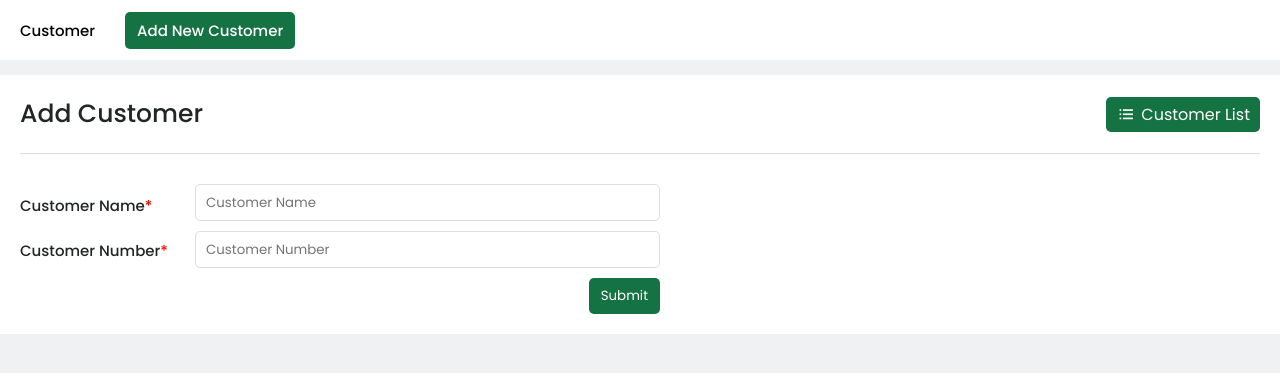
Repository: codebyaddro/customer-page
Page: pages/html/ancus.html
An editor plug-in stored every save of this project. The page is shown before and after a run of saves, followed by the edit.
The browser window is 1280 px wide. The pictures show the whole page.

Above is the page before, as saved 2025-02-20 15:23:48.

### pages/html/ancus.html
<!DOCTYPE html>
<html lang="en">
<head>
    <meta charset="UTF-8">
    <meta name="viewport" content="width=device-width, initial-scale=1.0">
    <!-- CSS -->
    <link rel="stylesheet" href="/pages/css/ancus.css">
    <!-- Icons -->
    <link href='https://unpkg.com/boxicons@2.1.4/css/boxicons.min.css' rel='stylesheet'>
    <title>Add New Customer - Page</title>
</head>
<body style="background-color: var(--gray-white);">
    <div class="cba-add-new-cus-container">
        <div class="cba-ancus-top-menus">
            <ul>
                <li><a href="/index.html" class="cba-ancus-light-up">Customer</a></li>
                <li><a href="/inner-pages/html/anc.html" class="cba-ancus-active-menu">Add New Customer</a></li>
            </ul>
        </div>
        <div class="cba-ancus-add-container">
            <div class="cba-ancus-heading-add-new-btn">
                <div class="cba-ancus-heading">
                    <h2>Add Customer</h2>
                </div>
                <div class="cba-ancus-cate-list-btn">
                    <i class='cba-ancus-add-icon bx bx-list-ul'></i>
                    <a href="/index.html">Customer List</a>
                </div>
            </div>
            <div class="cba-ancus-category-add-field">
                <div class="cba-ancus-form-con">
                    <div class="cba-ancus-label">
                        <label for="customer-name">Customer Name<span class="cba-ancus-required">*</span></label>
                        <label for="customer-number">Customer Number<span class="cba-ancus-required">*</span></label>
                    </div>
                    <div class="cba-ancus-input">
                        <input type="text" name="customer-name" id="customer-name" placeholder="Customer Name">
                        <input type="text" name="customer-number" id="customer-number" placeholder="Customer Number">
                        <div class="cba-ancus-submit-btn">
                            <input type="submit">
                        </div>
                    </div>
                </div>
            </div>
        </div>
    </div>
</body>
</html>

### pages/css/ancus.css
/* -- fonts -- */
@import url('https://fonts.googleapis.com/css2?family=Poppins:ital,wght@0,100;0,200;0,300;0,400;0,500;0,600;0,700;0,800;0,900;1,100;1,200;1,300;1,400;1,500;1,600;1,700;1,800;1,900&family=Raleway:ital,wght@0,100..900;1,100..900&family=Roboto:ital,wght@0,100;0,300;0,400;0,500;0,700;0,900;1,100;1,300;1,400;1,500;1,700;1,900&family=VT323&display=swap');

/* -- root -- */

:root {
    --gray-white: #F0F1F2;
    --white: #FFFFFF;
    --black: #000000;
    --gray-black: #DDDDDD;
    --light-black: #212523;
    --main-green: #157343;
    --main-light: #37A000;
    --light-orange: #FD7E14;
    --green: #008000;
    --light-green: #e9f6ec;
    --red: #FF0000;
    --light-red: #fbeaec;
}

/* --universal style -- */

* {
    margin: 0;
    padding: 0;
    box-sizing: border-box;
    font-family: "Poppins", serif;
}

/* -- website app text selection cursor style */

::selection {
    color: var(--white);
    background-color: var(--main-light);
}

/* -- add new container style -- */

.cba-add-new-cus-container {
    width: 100%;
}

/* -- top menus style--  */

.cba-ancus-top-menus {
    background-color: var(--white);
    display: flex;
    justify-content: left;
    align-items: center;
    height: 60px;
    padding: 0px 40px;
    margin-bottom: 15px;
}

.cba-ancus-top-menus ul {
    list-style-type: none;
    display: flex;
    gap: 30px;
    margin-left: -20px;
}

.cba-ancus-top-menus ul li a {
    text-decoration: none;
    color: var(--black);
    font-size: 15px;
    font-weight: 500;
}

/* -- active menu style -- */

.cba-ancus-active-menu {
    color: var(--white)!important;
    background-color: var(--main-green);
    padding: 8px 12px;
    border-radius: 5px;
}

/* -- menu hover style -- */

.cba-ancus-light-up:hover {
    color: var(--light-orange);
}

/* -- list container style -- */

.cba-ancus-add-container {
    background-color: var(--white);
    padding: 0px 20px;
}

/* -- heading-add-new-btn style -- */

.cba-ancus-heading-add-new-btn {
    display: flex;
    justify-content: space-between;
    align-items: center;
    border-bottom: 1px solid var(--gray-black);
    padding: 20px 0px;
}

.cba-ancus-heading h2 {
    color: var(--light-black);
    font-size: 25px;
    font-weight: 500;
}

/* -- add-new-btn style -- */

.cba-ancus-cate-list-btn {
    display: flex;
    gap: 5px;
    justify-content: baseline;
    align-items: center;
}

.cba-ancus-cate-list-btn {
    background-color: var(--main-green);
    padding: 5px 10px;
    border-radius: 5px;
}

.cba-ancus-cate-list-btn a {
    color: var(--white);
    text-decoration: none;
}

.cba-ancus-add-icon {
    color: var(--white);
    font-size: 20px;
}

/* -- customer add field style -- */

/* -- label red star style -- */
.cba-ancus-required {
    color: var(--red);
}

.cba-ancus-category-add-field {
    width: 50%;
    padding-top: 30px;
    padding-bottom: 20px;
}

.cba-ancus-form-con {
    display: grid;
    gap: 20px;
    grid-template-columns: 25% 75%;
}

.cba-ancus-form-con .cba-ancus-label {
    display: flex;
    justify-content: left;
    flex-direction: column;
}

.cba-ancus-form-con label {
    color: var(--light-black);
    font-size: 15px;
    font-weight: 500;
    margin-top: 10px;
    margin-bottom: 12px;
}

.cba-ancus-form-con input {
    display: flex;
    justify-content: left;
    flex-direction: column;
}

.cba-ancus-input > input {
    width: 100%;
    border: 1px solid var(--gray-black);
    border-radius: 5px;
    outline: none;
}

input[type="text"] {
    width: 100%;
    padding: 7.5px 10px;
    border: 1px solid var(--gray-black);
    border-radius: 5px;
    outline: none;
    margin-top: 0px;
    margin-bottom: 10px;
}

select {
    width: 100%;
    padding: 7.5px 10px;
    border: 1px solid var(--gray-black);
    border-radius: 5px;
    outline: none;
    appearance: none;
}

.cba-ancus-submit-btn {
    display: flex;
    justify-content: right;
    margin-top: 10px;
}

input[type="submit"] {
    background-color: var(--main-green);
    color: var(--white);
    border: none;
    border-radius: 5px;
    padding: 8px 12px;
    cursor: pointer;
}

After the next 6 saves:
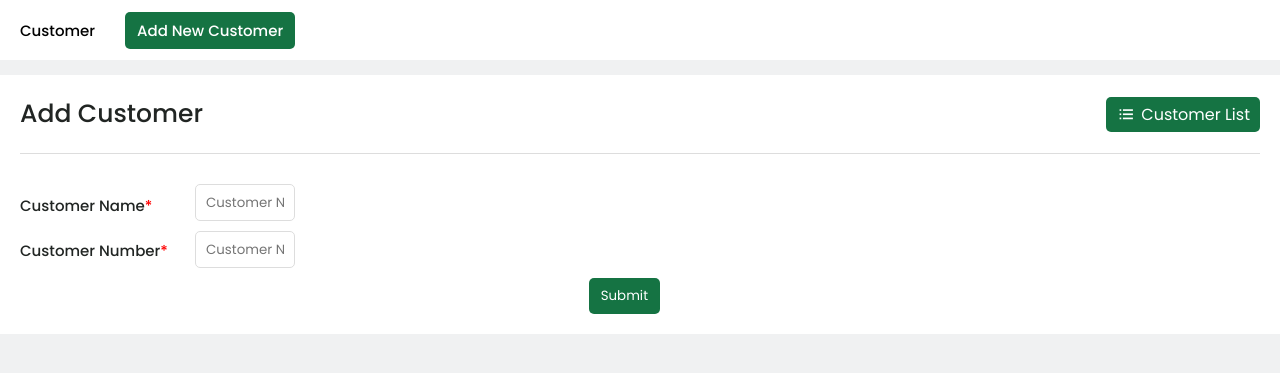
The 6 saves are shown as one change because they came seconds apart.
The last was saved 13 s later.
--- a/pages/css/ancus.css
+++ b/pages/css/ancus.css
@@ -169,7 +169,8 @@
 }
 
 .cba-ancus-input > input {
-    width: 100%;
+    width: 100px!important;
+    padding: 7.5px 10px;
     border: 1px solid var(--gray-black);
     border-radius: 5px;
     outline: none;
